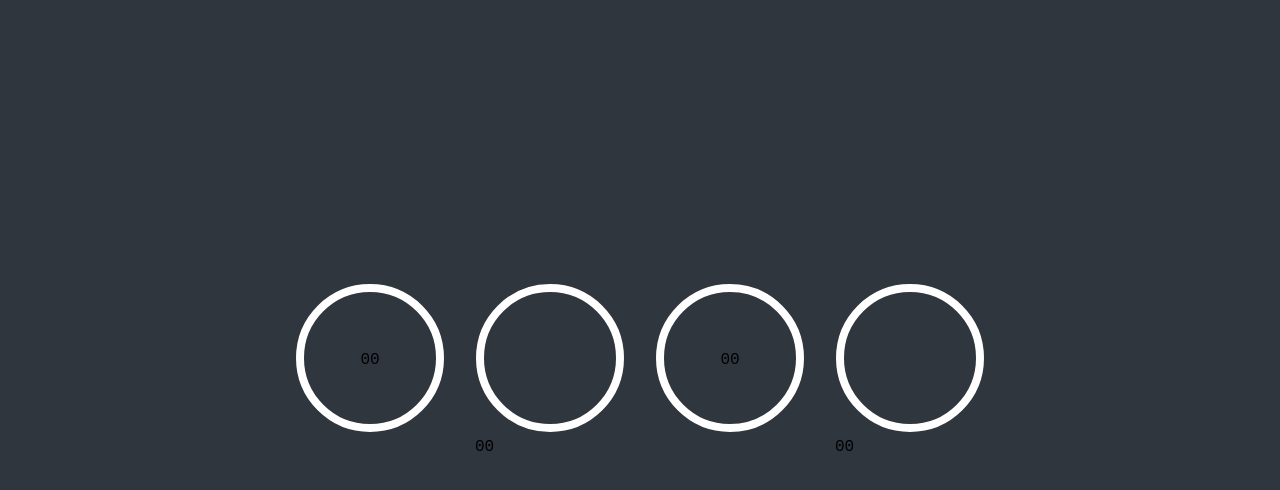
Repository: northpx/happyNY
Page: index.html
The author's editor kept a copy of each file at every save. The page is drawn from the files as they stood at one save, then again after a run of saves.
The browser window is 1280 px wide. The pictures show the whole page.

Above is the page before, as saved 2022-12-31 10:58:13.

### index.html
<!DOCTYPE html>
<html lang="en">
<head>
    <meta charset="UTF-8">
    <meta http-equiv="X-UA-Compatible" content="IE=edge">
    <meta name="viewport" content="width=device-width, initial-scale=1.0">
    <link rel="stylesheet" href="style.css">
    <title>Document</title>
</head>
<body>
    <!-- <h1>HAPPY NEW YEAR <br>2023</h1> -->
    <div class="time">
        <div class="circle" style="--clr:#fff">
            <div class="dots day_dot">
                <svg>
                    <circle cx="70" cy="70" r="70"></circle>
                    <circle cx="70" cy="70" r="70" id="dd"></circle>
                </svg>
                <div id="days">00</div>
            </div>
        </div>

        <div class="circle" style="--clr:#fff">
            <div class="dots hr_dot">
                <svg>
                    <circle cx="70" cy="70" r="70"></circle>
                    <circle cx="70" cy="70" r="70" id="hh"></circle>
                </svg>
                <div id="hours">00</div>
            </div>
        </div>

        <div class="circle" style="--clr:#fff">
            <div class="dots min_dot">
                <svg>
                    <circle cx="70" cy="70" r="70"></circle>
                    <circle cx="70" cy="70" r="70" id="mm"></circle>
                </svg>
                <div id="minutes">00</div>
            </div>
        </div>

        <div class="circle" style="--clr:#fff">
            <div class="dots sec_dot">
                <svg>
                    <circle cx="70" cy="70" r="70"></circle>
                    <circle cx="70" cy="70" r="70" id="ss"></circle>
                </svg>
                <div id="seconds">00</div>
            </div>
        </div>
    </div>
</body>
<script src="script.js">
</script>
</html>

### style.css
*{
    margin: 0;
    padding: 0;
    box-sizing: border-box;
    font-family: 'Courier New', Courier, monospace;
}
body{
    display: flex;
    justify-content: center;
    align-items: center;
    min-height: 100vh;
    background: #2f363e;
}
.time{
    display: flex;
    align-items: center;
    justify-content: center;
    gap: 30px;
}
.time .circle{
    position: relative;
    width: 150px;
    height: 150px;
    display: flex;
    justify-content: center;
    align-items: center;
}

.time .circle svg{
    position: relative;
    width: 150px;
    height: 150px;
}

.time .circle svg circle{
    width: 100%;
    height: 100%;
    fill: transparent;
    stroke-width: 8;
    stroke: #282828;
    transform: translate(5px, 5px);
}
#days, #minutes{
    position: absolute;
    left: 50%;
    top: 50%;
    transform: translate(-50%,-50%);
}

.time .circle svg circle:nth-child(2){
    stroke: var(--clr);
    stroke-dasharray: 440;
}

.time div{
    position: absolute;
}

### script.js

//thong dich
//quote
// ??
//use strict
//
//biginteger
//conversion(number, bool)

After the next 4 saves:
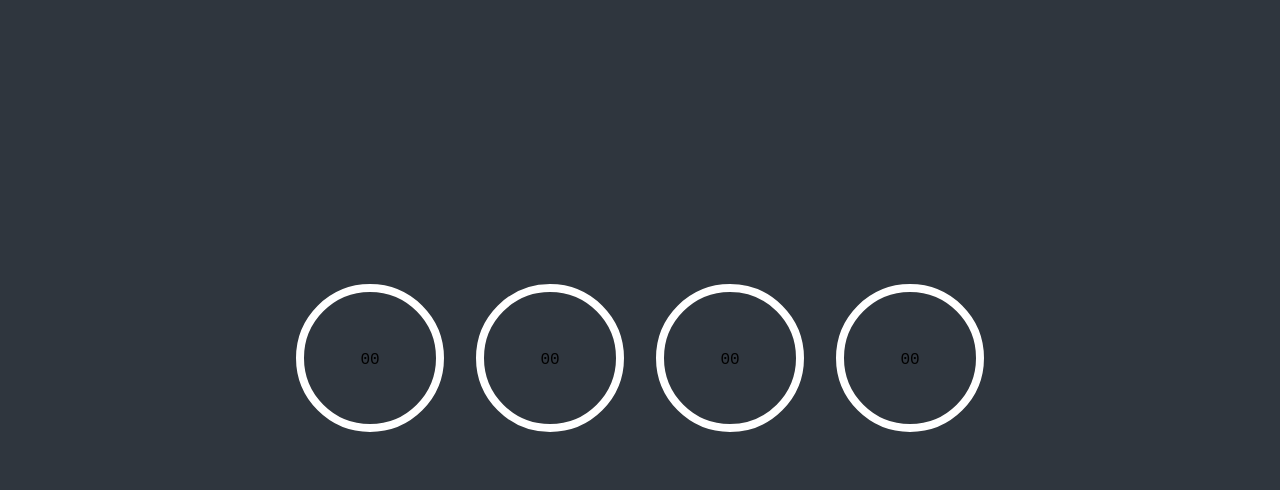
The 4 saves are shown as one change because they came seconds apart.
The last was saved 12 s later.
--- a/style.css
+++ b/style.css
@@ -40,7 +40,7 @@ body{
     stroke: #282828;
     transform: translate(5px, 5px);
 }
-#days, #minutes{
+#days, #minutes, #hours, #seconds{
     position: absolute;
     left: 50%;
     top: 50%;
